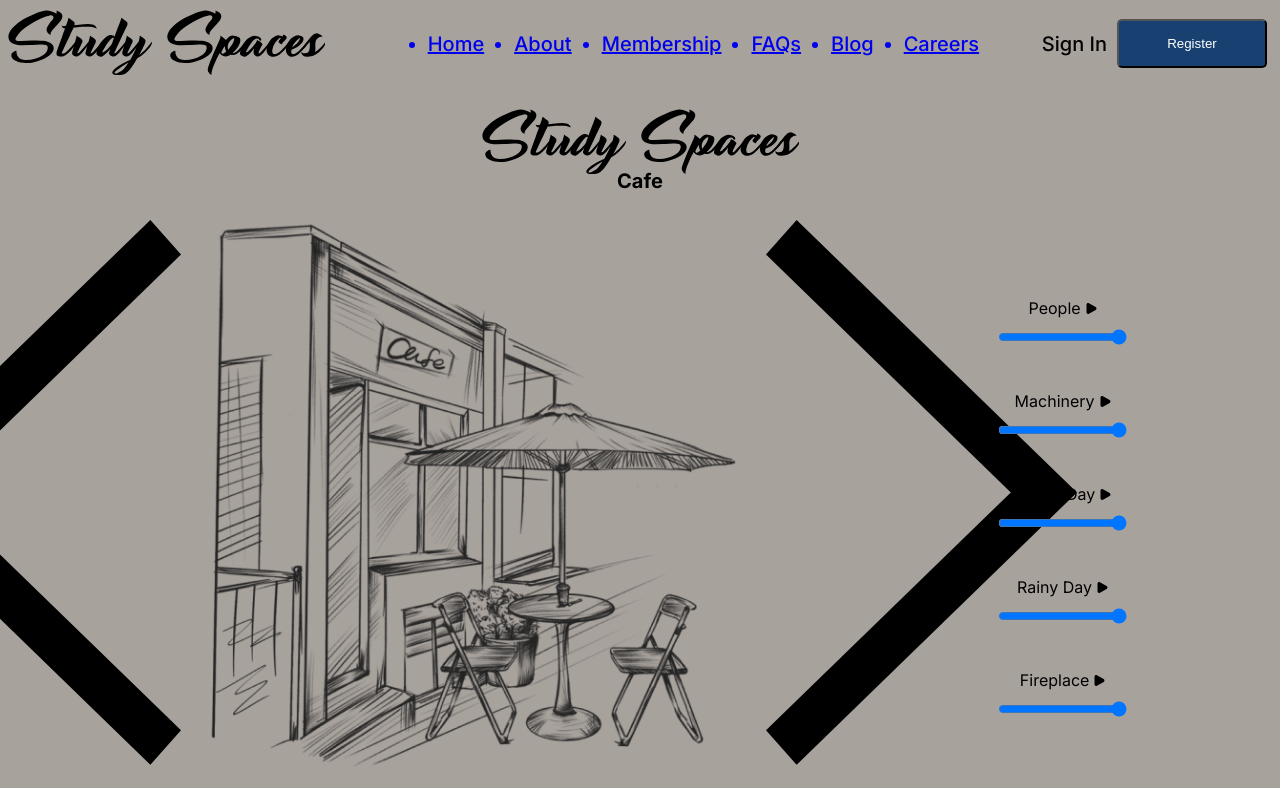
Repository: kaitlynlie/studyspaces
Page: / (app in studyspaces/)
The author's editor kept a copy of each file at every save. The page is drawn from the files as they stood at one save, then again after a run of saves.
The browser window is 1280 px wide. The pictures show the whole page.
The project was rebuilt for these pictures with package versions that can differ from the ones it lists, and the page was loaded fresh each time. Also part of the build but not shown: studyspaces/vite.config.ts. Imported but missing from the stored project, and not drawn on this page: studyspaces/src/audio/fireplace.wav, studyspaces/src/audio/people.wav, studyspaces/src/audio/rain.wav, studyspaces/src/audio/softmachinery.mp3, studyspaces/src/audio/sun.wav.

Above is the page before, as saved 2023-09-28 10:49:18.

### studyspaces/index.html
<!DOCTYPE html>
<html lang="en">
  <head>
    <meta charset="UTF-8" />
    <link rel="icon" type="image/svg+xml" href="/vite.svg" />
    <meta name="viewport" content="width=device-width, initial-scale=1.0" />
    <title>Study Spaces</title>
  </head>
  <body>
    <div id="root"></div>
    <script type="module" src="/src/main.tsx"></script>
  </body>
</html>

### studyspaces/src/main.tsx
import React from 'react'
import ReactDOM from 'react-dom/client'
import App from './App'
import './index.scss'
import { BrowserRouter } from 'react-router-dom'

ReactDOM.createRoot(document.getElementById('root')!).render(
  <BrowserRouter>
    <App />
  </BrowserRouter>,
)

### studyspaces/src/App.tsx
import clsx from "clsx";
import { Route, Routes } from 'react-router-dom'
import React from "react";
import { Home } from "./pages/Home";
import { Navbar } from "./pages";

function App() {
  return (
    <>
      <div className={clsx("app", "w-full overflow-hidden")}>
          {/* <img
            src={tracks}
            alt='tracks'
            className={clsx(styles.tracks)}
          />  */}
        <Navbar />
        <Routes>
          <Route index path="/" element={<Home />} />
          {/* <Route path="about" element={<About />} />
          <Route path="membership" element={<Membership />} />
          <Route path="faq" element={<FAQ />} />
          <Route path="blog" element={<Blog />} />
          <Route path="careers" element={<Careers />} />
          <Route path='blog2' element={<Blog2 />} /> */}
      </Routes>
      </div>
    </>
  )
  }

export default App;

### studyspaces/src/index.scss
@import url("https://fonts.googleapis.com/css2?family=Inter:wght@400;500;600;700;800;900&display=swap");
// @import "./style/globals/general.scss";

@tailwind base;
@tailwind components;
@tailwind utilities;

:root {
  font-family: Inter;
  overflow-x: hidden;
}

@keyframes jump {
  0%, 100% {
    transform: translateY(0);
  }
  50% {
    transform: translateY(-20px);
  }
}

.jumping-word {
  display: inline-block;
  animation: jump 1s infinite;
}

### studyspaces/src/pages/Home.tsx
import styles from "./home.module.scss";
import clsx from "clsx";
import { title, coffee, leftarrow, rightarrow, play, pause } from "../assets";
import React, { ChangeEvent, useState, useRef } from 'react';
import { people, machinery, sunny, rainy, fire } from "../audio";

export function Home() {
  const [sliderValues, setSliderValues] = useState({
    peopleVolumeSlider: 1,
    machVolumeSlider: 1,
    sunnyVolumeSlider: 1,
    rainyVolumeSlider: 1,
    fireVolumeSlider: 1,
  });

  const handleSliderChange = (event: ChangeEvent<HTMLInputElement>) => {
    const { id, value } = event.target;
    setSliderValues((prevValues) => ({
      ...prevValues,
      [id]: parseFloat(value),
    }));
  };

  const [isPlaying, setIsPlaying] = useState<AudioState>({});

  interface AudioState {
    [key: string]: boolean;
  }

  const handlePlayButtonClick = (audioId: string) => {
    setIsPlaying((prevState) => ({
      ...prevState,
      [audioId]: !prevState[audioId] || !prevState[audioId],
    }));
  };

  return (
    <div className={clsx(styles.body)}>
        <section className={clsx(styles.home)}>
            <img src={title} className={clsx(styles.title)}/>
            <h4>Cafe</h4>
            <div className={clsx(styles.content)}>
              <div className={clsx(styles.hero)}>
                <img id="leftArrow" src={leftarrow} />
                <img src={coffee} className={clsx(styles.coffee)} />
                <img id="rightArrow" src={rightarrow} />
              </div>

              <div className={clsx(styles.audiolist)}>
                <div className={clsx(styles.audio)}>
                  <div className={clsx(styles.title)}>
                    <p>People</p>
                    <img
                      src={play}
                      width="11"
                      height="11"
                      id="peoplePlayButton"
                      onClick={() => handlePlayButtonClick("peopleAudioPlayer")}                    />
                  </div>
                  <audio id="peopleAudioPlayer">
                    <source src={people} type="audio/wav" />
                  </audio>
                  <input
                    type="range"
                    id="peopleVolumeSlider"
                    min={0}
                    max={1}
                    step={0.1}
                    value={sliderValues.peopleVolumeSlider}
                    onChange={handleSliderChange}
                  />
                </div>

                <div className={clsx(styles.audio)}>
                  <div className={clsx(styles.title)}>
                    <p>Machinery</p>
                    <img
                      src={play}
                      width="11"
                      height="11"
                      id="machPlayButton"
                      onClick={() => handlePlayButtonClick("machAudioPlayer")}
                    />
                  </div>
                  <audio id="machAudioPlayer">
                    <source src={machinery} type="audio/mp3" />
                  </audio>
                  <input
                    type="range"
                    id="machVolumeSlider"
                    min={0}
                    max={1}
                    step={0.1}
                    value={sliderValues.machVolumeSlider}
                    onChange={handleSliderChange}
                  />
                </div>

                <div className={clsx(styles.audio)}>
                  <div className={clsx(styles.title)}>
                    <p>Sunny Day</p>
                    <img
                      src={play}
                      width="11"
                      height="11"
                      id="sunnyPlayButton"
                      onClick={() => handlePlayButtonClick("sunnyAudioPlayer")}
                    />
                  </div>
                  <audio id="sunnyAudioPlayer">
                    <source src={sunny} type="audio/wav" />
                  </audio>
                  <input
                    type="range"
                    id="sunnyVolumeSlider"
                    min={0}
                    max={1}
                    step={0.1}
                    value={sliderValues.sunnyVolumeSlider}
                    onChange={handleSliderChange}
                  />
                </div>

                <div className={clsx(styles.audio)}>
                  <div className={clsx(styles.title)}>
                    <p>Rainy Day</p>
                    <img
                      src={play}
                      width="11"
                      height="11"
                      id="rainyPlayButton"
                      onClick={() => handlePlayButtonClick("rainyAudioPlayer")}
                    />
                  </div>
                  <audio id="rainyAudioPlayer">
                    <source src={rainy} type="audio/wav" />
                  </audio>
                  <input
                    type="range"
                    id="rainyVolumeSlider"
                    min={0}
                    max={1}
                    step={0.1}
                    value={sliderValues.rainyVolumeSlider}
                    onChange={handleSliderChange}
                  />
                </div>

                <div className={clsx(styles.audio)}>
                  <div className={clsx(styles.title)}>
                    <p>Fireplace</p>
                    <img
                      src={play}
                      width="11"
                      height="11"
                      id="firePlayButton"
                      onClick={() => handlePlayButtonClick("fireAudioPlayer")}
                    />
                  </div>
                  <audio id="fireAudioPlayer">
                    <source src={fire} type="audio/wav" />
                  </audio>
                  <input
                    type="range"
                    id="fireVolumeSlider"
                    min={0}
                    max={1}
                    step={0.1}
                    value={sliderValues.fireVolumeSlider}
                    onChange={handleSliderChange}
                  />
                </div>
              </div>
            </div>
        </section>
    </div>
  );
}

### studyspaces/src/pages/index.ts
import Navbar from "./Navbar";

export {
    Navbar
}

### studyspaces/src/pages/home.module.scss
body {
    background-color: rgb(168, 162, 157);
    section.home {
        padding: 10px;
        display: flex;
        flex-direction: column;
        justify-content: center;
        align-items: center;
        .title {
            margin-top: 20px;
        }
        h4 {
            text-align: center;
            font-size: 20px;
            font-weight: 700;
            margin-top: -5px;
        }
        .content {
            display: flex;
            justify-content: space-between;
            gap: 200px;
            transition: gap 0.3s ease;
            // @media (max-width: 1089px) {
            //     gap: 50px;
            // }
            // @media (max-width: 919px) {
            //   flex-direction: column;
            // }
            .hero {
                display: flex;
                justify-content: center;
                gap: 30px;
                .coffee {
                    max-width: 550px;
                    max-height: 550px;
                    width: 100%;
                    height: 100%;
                    @media (max-width: 664px) {
                        max-width: 300px;
                        max-height: 300px;
                    }
                }
            }
            .audiolist {
                display: flex;
                flex-direction: column;
                align-items: center;
                justify-content: center;
                .audio {
                    display: flex;
                    flex-direction: column;
                    justify-content: center;
                    align-items: center;
                    .title {
                        display: flex;
                        flex-direction: row;
                        justify-content: center;
                        align-items: center;
                        gap: 5px;
                        img {
                            cursor: pointer;
                        }
                        .custom-range-slider {
                            appearance: none;
                            width: 100%;
                            height: 8px;
                            border-radius: 5px;
                            background-color: black;
                            outline: none;
                          }

                          .custom-range-slider::-webkit-slider-thumb {
                            appearance: none;
                            width: 16px;
                            height: 16px;
                            border-radius: 50%;
                            background-color: white;
                            cursor: pointer;
                          }

                          .custom-range-slider::-moz-range-thumb {
                            width: 16px;
                            height: 16px;
                            border-radius: 50%;
                            background-color: white;
                            cursor: pointer;
                          }

                          .custom-range-slider::-ms-thumb {
                            width: 16px;
                            height: 16px;
                            border-radius: 50%;
                            background-color: white;
                            cursor: pointer;
                          }
                        #peopleVolumeSlider {
                            -webkit-appearance: none;
                            appearance: none;
                            width: 100%;
                            height: 5px;
                            background-color: black; /* Set the default color of the track/bar */
                            outline: none;
                            position: relative;
                          }

                          #peopleVolumeSlider::-webkit-slider-thumb {
                            -webkit-appearance: none;
                            appearance: none;
                            width: 12px;
                            height: 12px;
                            background-color: black; /* Set the color of the slider thumb */
                            cursor: pointer;
                            border-radius: 50%;
                            position: relative;
                            z-index: 1;
                          }

                          #sunnyVolumeSlider {
                            -webkit-appearance: none;
                            appearance: none;
                            width: 100%;
                            height: 5px;
                            background-color: black; /* Set the default color of the track/bar */
                            outline: none;
                            position: relative;
                          }

                          #sunnyVolumeSlider::-webkit-slider-thumb {
                            -webkit-appearance: none;
                            appearance: none;
                            width: 12px;
                            height: 12px;
                            background-color: black; /* Set the color of the slider thumb */
                            cursor: pointer;
                            border-radius: 50%;
                            position: relative;
                            z-index: 1;
                          }

                          #rainyVolumeSlider {
                            -webkit-appearance: none;
                            appearance: none;
                            width: 100%;
                            height: 5px;
                            background-color: black; /* Set the default color of the track/bar */
                            outline: none;
                            position: relative;
                          }

                          #rainyVolumeSlider::-webkit-slider-thumb {
                            -webkit-appearance: none;
                            appearance: none;
                            width: 12px;
                            height: 12px;
                            background-color: black; /* Set the color of the slider thumb */
                            cursor: pointer;
                            border-radius: 50%;
                            position: relative;
                            z-index: 1;
                          }

                          #machVolumeSlider {
                            -webkit-appearance: none;
                            appearance: none;
                            width: 100%;
                            height: 5px;
                            background-color: black; /* Set the default color of the track/bar */
                            outline: none;
                            position: relative;
                          }

                          #machVolumeSlider::-webkit-slider-thumb {
                            -webkit-appearance: none;
                            appearance: none;
                            width: 12px;
                            height: 12px;
                            background-color: black; /* Set the color of the slider thumb */
                            cursor: pointer;
                            border-radius: 50%;
                            position: relative;
                            z-index: 1;
                          }

                          #fireVolumeSlider {
                            -webkit-appearance: none;
                            appearance: none;
                            width: 100%;
                            height: 5px;
                            background-color: black; /* Set the default color of the track/bar */
                            outline: none;
                            position: relative;
                          }

                          #fireVolumeSlider::-webkit-slider-thumb {
                            -webkit-appearance: none;
                            appearance: none;
                            width: 12px;
                            height: 12px;
                            background-color: black; /* Set the color of the slider thumb */
                            cursor: pointer;
                            border-radius: 50%;
                            position: relative;
                            z-index: 1;
                          }
                    }
                    input {
                        margin-top: -5px;
                        margin-bottom: 10px
                    }
                }
            }
        }
    }
}

### studyspaces/src/assets/index.ts
import title from './title.svg'
import coffee from './coffee.png'
import leftarrow from './leftarrow.svg'
import rightarrow from './rightarrow.svg'
import play from './play.svg'
import pause from './pause.svg'

export {
    title,
    coffee,
    leftarrow,
    rightarrow,
    play,
    pause
}

### studyspaces/src/audio/index.ts
import people from './people.wav'
import machinery from './softmachinery.mp3'
import sunny from './sun.wav'
import rainy from './rain.wav'
import fire from './fireplace.wav'

export {
    people,
    machinery,
    sunny,
    rainy,
    fire
}

### studyspaces/src/pages/Navbar.tsx
import React from 'react'
import styles from './Navbar.module.scss'
import clsx from 'clsx'
import { title } from '../assets'
import { Link } from 'react-router-dom'
import { useState } from 'react'
import { RiMenu3Line, RiCloseLine } from 'react-icons/ri';

const Navbar = () => {
  const [toggleMenu, setToggleMenu] = useState(false);
  const [nav, setNav] = useState(false);

  const openNav = () => {
    setNav(!nav);
  };

  return (
    <nav className={clsx(styles.navbar)}>
    <div className={clsx(styles.logo)}>
    <Link onClick={openNav} to='/'><a><img src={title} alt='title' /></a></Link>
      {/* <h1 className={clsx(styles.heading)}>BIG BAD <br/>CARWASH</h1> */}
    </div>

    <div className={clsx(styles.bar)}>
      <ul className={clsx(styles.components)}>
        <Link onClick={openNav} to='/'><li><a>Home</a></li></Link>
        <Link onClick={openNav} to='/about'><li><a>About</a></li></Link>
        <Link onClick={openNav} to='/membership'><li><a>Membership</a></li></Link>
        <Link onClick={openNav} to='/faq'><li><a>FAQs</a></li></Link>
        <Link onClick={openNav} to='/blog'><li><a>Blog</a></li></Link>
        <Link onClick={openNav} to='/careers'><li><a>Careers</a></li></Link>
      </ul>
    </div>

    <div className={clsx(styles.signin)}>
      <p>Sign In</p>
      <button
        type="button"
        className={clsx(styles.button)}>
        Register
      </button>
    </div>

    <div className={clsx(styles.toggle)}>
        {toggleMenu
          ? <RiCloseLine color="#000" size={27} onClick={() => setToggleMenu(false)} />
          : <RiMenu3Line color="#000" size={27} onClick={() => setToggleMenu(true)} />}
        {toggleMenu && (
        <div className={clsx(styles.box)}>
          <div className="none">
            <ul className={clsx(styles.dropdown)}>
            <Link onClick={openNav} to='/'><li><a>Home</a></li></Link>
            <Link onClick={openNav} to='/about'><li><a>About</a></li></Link>
            <Link onClick={openNav} to='/membership'><li><a>Membership</a></li></Link>
            <Link onClick={openNav} to='/faq'><li><a>FAQs</a></li></Link>
            <Link onClick={openNav} to='/blog'><li><a>Blog</a></li></Link>
            <Link onClick={openNav} to='/careers'><li><a>Careers</a></li></Link>
            <li><a>Sign In</a></li>
            <li><a>Register</a></li>
            </ul>
          </div>
        </div>
        )}
        </div>
  </nav>
  )
}

export default Navbar

### studyspaces/src/pages/Navbar.module.scss
nav.navbar {
    display: flex;
    flex-direction: row;
    align-items: center;
    justify-content: space-between;
    xz-index: 10;
    .logo {
      margin-top: 2px;
      display: flex;
      flex-direction: row;
      align-items: center;
      z-index: 10;
      img {
        width: 100%;
        height: 100%;
      }
    }
    .components {
      display: flex;
      flex-direction: row;
      gap: 30px;
      font-size: 20px;
      font-weight: 500;
      line-height: 130%;
      z-index: 10;
      cursor: pointer;
      a {
        z-index: 10;
      }
      @media (max-width: 1156px) {
        display: none;
      }
    }
    .signin {
      display: flex;
      flex-direction: row;
      align-items: center;
      gap: 10px;
      font-size: 20px;
      font-weight: 500;
      line-height: 130%;
      z-index: 10;
      cursor: pointer;
      @media (max-width: 1156px) {
        display: none;
      }
      .button {
        border-radius: 5px;
        background: #184171;
        width: 150px;
        height: 49px;
        color: white;
        margin-right: 5px;
        z-index: 10;
      }
    }
    .toggle {
      position: relative;
      cursor: pointer;
      z-index: 10;
      display: none;
      margin-left: 20px;
      margin-right: 5px;
      @media (max-width: 1156px) {
        display: block;
      }
      .box {
        display: flex;
        justify-content: flex-end;
        align-items: flex-end;
        flex-direction: column;
        text-align: end;
        background-color: #184171c9;
        padding: 16px;
        position: absolute;
        top: 40px;
        right: 10px;
        border-radius: 5px;
        box-shadow: 0 10px 20px 0 rgba(0,0,0,0.5);
        z-index: 10;
        .dropdown {
          display: flex;
          justify-content: flex-end;
          align-items: flex-end;
          flex-direction: column;
          color: white;
          text-align: end;
          padding: 1px;
          li {
            margin-top: 8px;
          }
        }
      }
    }
  }

After the next 2 saves:
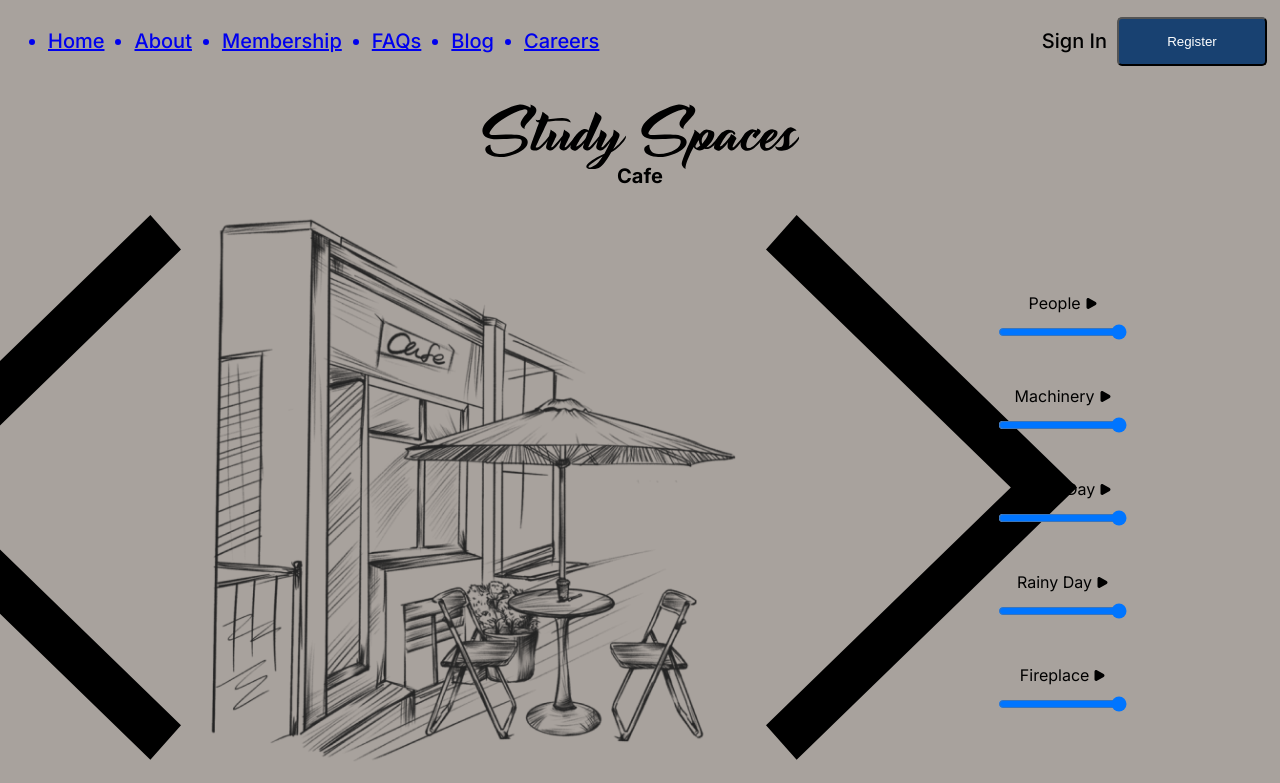
The 2 saves are shown as one change because 1 did not build or start.
The last was saved 43 s later.
--- a/studyspaces/src/pages/Navbar.tsx
+++ b/studyspaces/src/pages/Navbar.tsx
@@ -16,10 +16,6 @@ const Navbar = () => {
 
   return (
     <nav className={clsx(styles.navbar)}>
-    <div className={clsx(styles.logo)}>
-    <Link onClick={openNav} to='/'><a><img src={title} alt='title' /></a></Link>
-      {/* <h1 className={clsx(styles.heading)}>BIG BAD <br/>CARWASH</h1> */}
-    </div>
 
     <div className={clsx(styles.bar)}>
       <ul className={clsx(styles.components)}>
